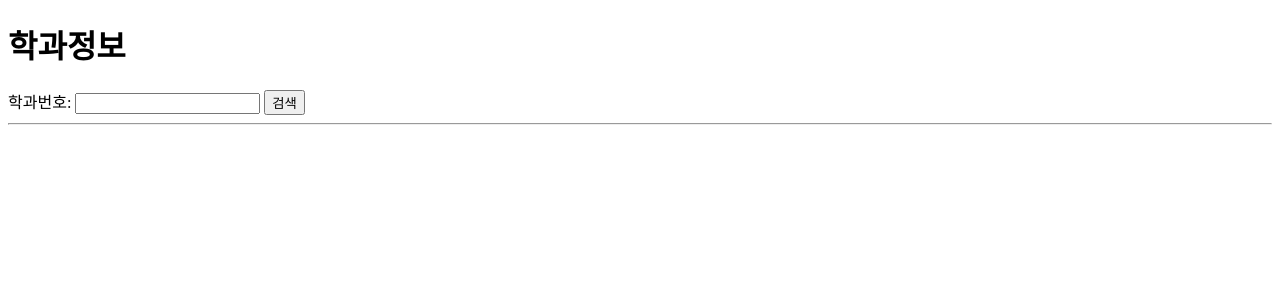
Repository: hari6180/JSP
Page: http://localhost/HelloWeb/05_post/department.jsp
An editor plug-in stored every save of this project. The page is shown before and after a run of saves, followed by the edit.
The browser window is 1280 px wide. The pictures show the whole page.
The page is served by Tomcat 9.

Above is the page before, as saved 2021-01-19 01:55:58.

After the next 2 saves:
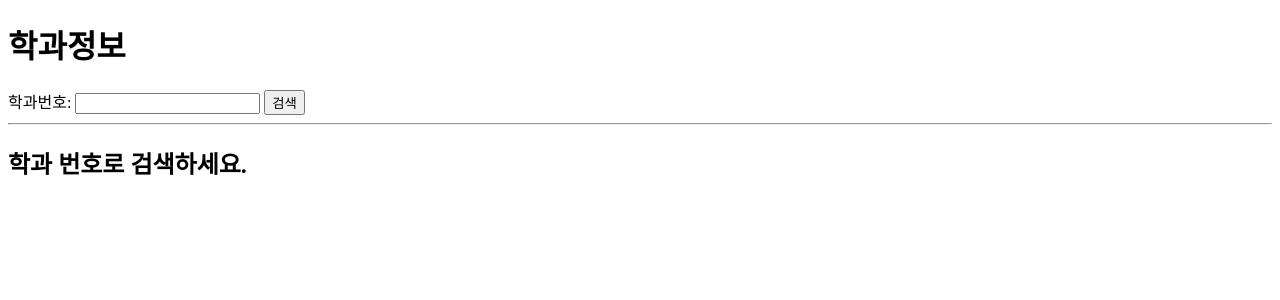
The 2 saves are shown as one change because 1 did not build or start.
The last was saved 2 min 3 s later.
--- a/HelloWeb/WebContent/05_post/department.jsp
+++ b/HelloWeb/WebContent/05_post/department.jsp
@@ -56,6 +56,24 @@
     <hr />
 
     <!-- 결과표시 영역 -->
+    <% if (department == null) { %>
+    <h2>학과 번호로 검색하세요.</h2>
+    <% } else { %>
+    <table>
+    	<tr>
+    		<th>학과번호</th>
+    		<td><%=department.getDeptno()%></td>
+    	</tr>
+    	<tr>
+    		<th>학과이름</th>
+    		<td><%=department.getDname()%></td>
+    	</tr>
+    	<tr>
+    		<th>학과위치</th>
+    		<td><%=department.getLoc()%></td>
+    	</tr>
+    </table>
+    <% } %>
 </body>
 
 </html>
